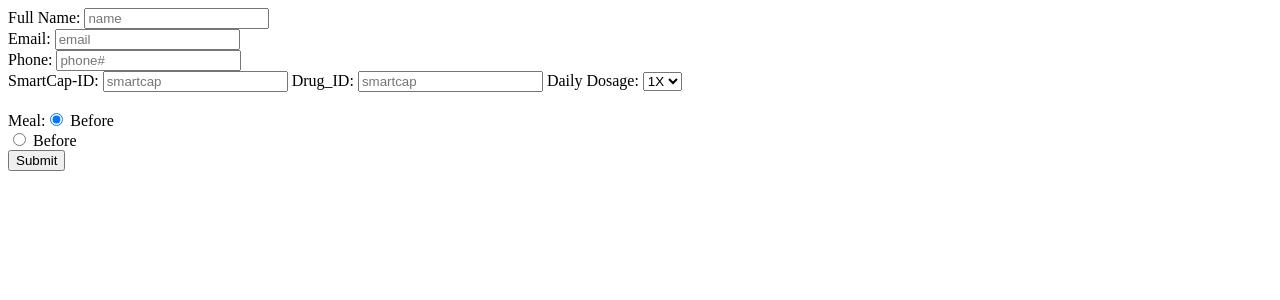
Repository: abhibroto0402/smartcap-service-node
Page: index.html
The author's editor kept a record of every edit. The page is drawn from the files as they stood at one moment, then again after the next edit.
The browser window is 1280 px wide. The pictures show the whole page.

Above is the page before.

### index.html
<!DOCTYPE html>
<html lang="en">

<head>
    <meta charset="UTF-8">
    <title>MY APP</title>
</head>

<body>

    <form action="/patient" method="POST">
        Full Name: <input type="text" placeholder="name" name="name"><br>
        Email: <input type="email" placeholder="email" name="email"><br>
        Phone: <input type="text" placeholder="phone#" name="phone"><br>
        SmartCap-ID: <input type="text" placeholder="smartcap" name="smartcap[]">
        Drug_ID: <input type="text" placeholder="smartcap" name="smartcap[]">
        Daily Dosage: <select name="smartcap[]">
            <option value="1X">1X</option>
            <option value="2X">2X</option>
            <option value="3X">3X</option>
            <option value="4X">4X</option>
        </select>
        <br><br>
        Meal:<input type="radio" name="smartcap[]" value="Before" checked> Before<br>
  <input type="radio" name="smartcap[]" value="Before"> Before<br>
        <button type="submit">Submit</button>
    </form>
</body>

</html>

After the next edit:
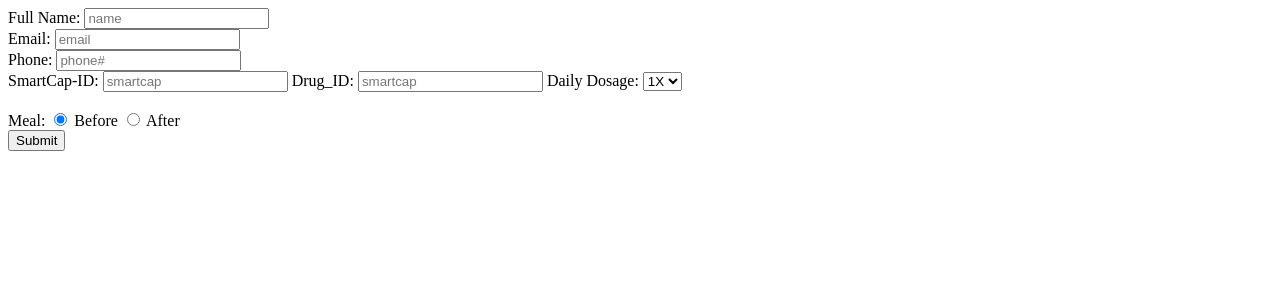
The edit:
--- a/index.html
+++ b/index.html
@@ -9,20 +9,16 @@
 <body>
 
     <form action="/patient" method="POST">
-        Full Name: <input type="text" placeholder="name" name="name"><br>
-        Email: <input type="email" placeholder="email" name="email"><br>
-        Phone: <input type="text" placeholder="phone#" name="phone"><br>
-        SmartCap-ID: <input type="text" placeholder="smartcap" name="smartcap[]">
-        Drug_ID: <input type="text" placeholder="smartcap" name="smartcap[]">
-        Daily Dosage: <select name="smartcap[]">
+        Full Name: <input type="text" placeholder="name" name="name"><br> Email: <input type="email" placeholder="email" name="email"><br> Phone: <input type="text" placeholder="phone#" name="phone"><br> SmartCap-ID: <input type="text" placeholder="smartcap"
+            name="smartcap[]"> Drug_ID: <input type="text" placeholder="smartcap" name="smartcap[]"> Daily Dosage: <select name="smartcap[]">
             <option value="1X">1X</option>
             <option value="2X">2X</option>
             <option value="3X">3X</option>
             <option value="4X">4X</option>
         </select>
-        <br><br>
-        Meal:<input type="radio" name="smartcap[]" value="Before" checked> Before<br>
-  <input type="radio" name="smartcap[]" value="Before"> Before<br>
+        <br><br> Meal:
+        <input type="radio" name="smartcap[]" value="Before" checked> Before
+        <input type="radio" name="smartcap[]" value="After"> After<br>
         <button type="submit">Submit</button>
     </form>
 </body>
